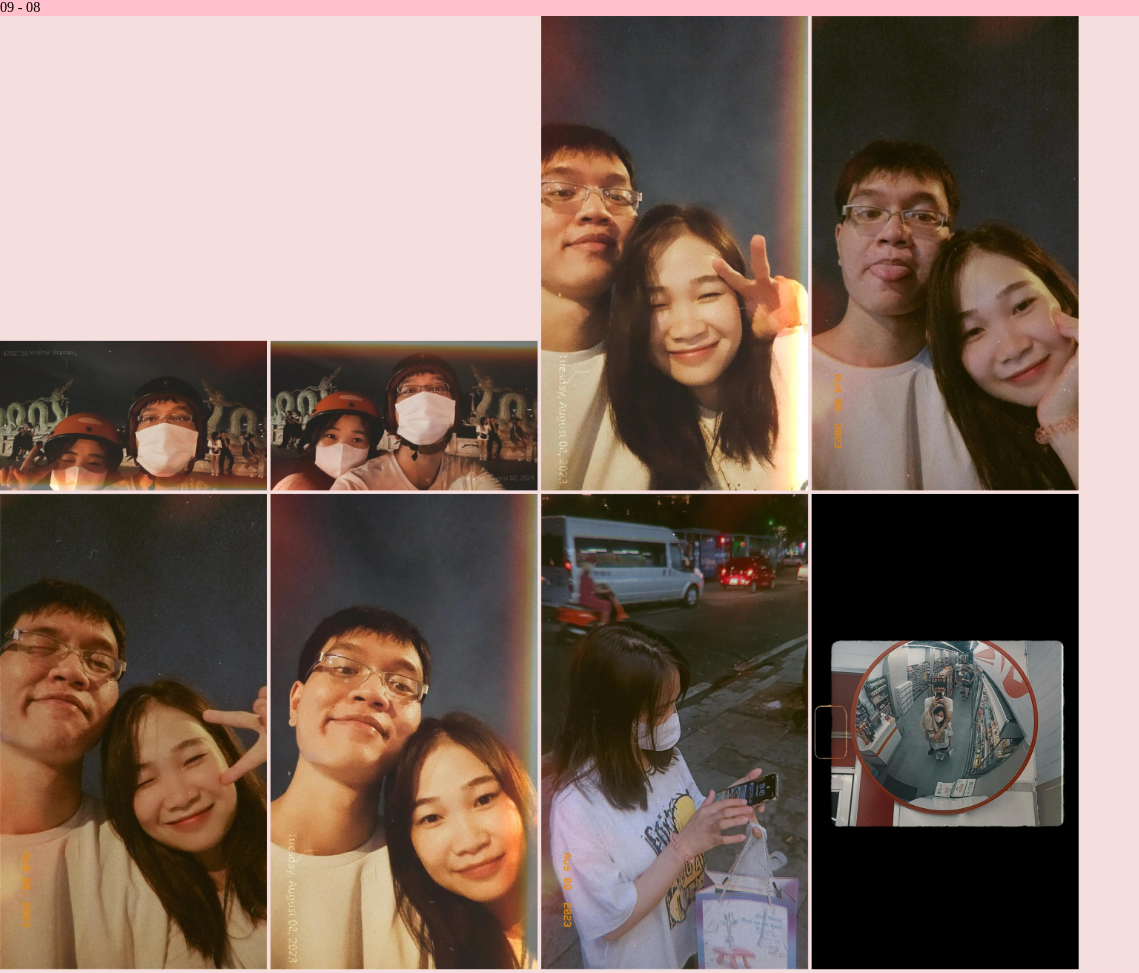
Repository: Hanhanh06/0907
Page: code/0908.html
An editor plug-in stored every save of this project. The page is shown before and after a run of saves, followed by the edit.
The browser window is 1280 px wide. The pictures show the whole page, at 89% of full size.

Above is the page before, as saved 2023-08-11 16:26:46.

### code/0908.html
<!DOCTYPE html>
<html lang="en">
<head>
    <meta charset="UTF-8">
    <meta name="viewport" content="width=device-width, initial-scale=1.0">
    <title>Document</title>
    <style>

    body{

      height: 100%;

   padding: 0;

   margin: 0;


   background: #f5dede;

 }

    </style>
</head>

        <head>

        </head>
        <body>

          <div style="background-color: pink; font-size: ;"> 09 - 08 </div>
       <img src="001.jpg" alt="Hình ảnh không tồn tại" width="300px" >
       <!-- <p style="color: crimson;font-size: 16px;"> đi Hồ Tây nè! </p> -->
       <img src="002.jpg" alt="Hình ảnh không tồn tại" width="300px">
       <!-- <p style="color: crimson;font-size: 16px;"> đi Hồ Tây nè!</p> -->
       <img src="003.jpg" alt="Hình ảnh không tồn tại" width="300px">
       <!-- <p style="color: crimson;font-size: 16px;">  đi Hồ Tây nè!</p> -->
       <img src="004.jpg" alt="Hình ảnh không tồn tại" width="300px">
       <!-- <p style="color: crimson;font-size: 16px;">  đi Hồ Tây nè! </p> -->
       <img src="005.jpg" alt="Hình ảnh không tồn tại" width="300px">
       <!-- <p style="color: crimson;font-size: 16px;">  đi Hồ Tây nè! </p> -->
       <img src="006.jpg" alt="Hình ảnh không tồn tại" width="300px" >
       <!-- <p style="color: crimson;font-size: 16px;">  đi Hồ Tây nè!</p> -->
       <img src="007.jpg" alt="Hình ảnh không tồn tại" width="300px">
       <!-- <p style="color: crimson;font-size: 16px;">  đi Hồ Tây nè!</p> -->
       <img src="008.jpg" alt="Hình ảnh không tồn tại" width="300px">
       <!-- <p style="color: crimson;font-size: 16px;">  đi Hồ Tây nè!</p> -->


</body>
</html>

After the next 2 saves:
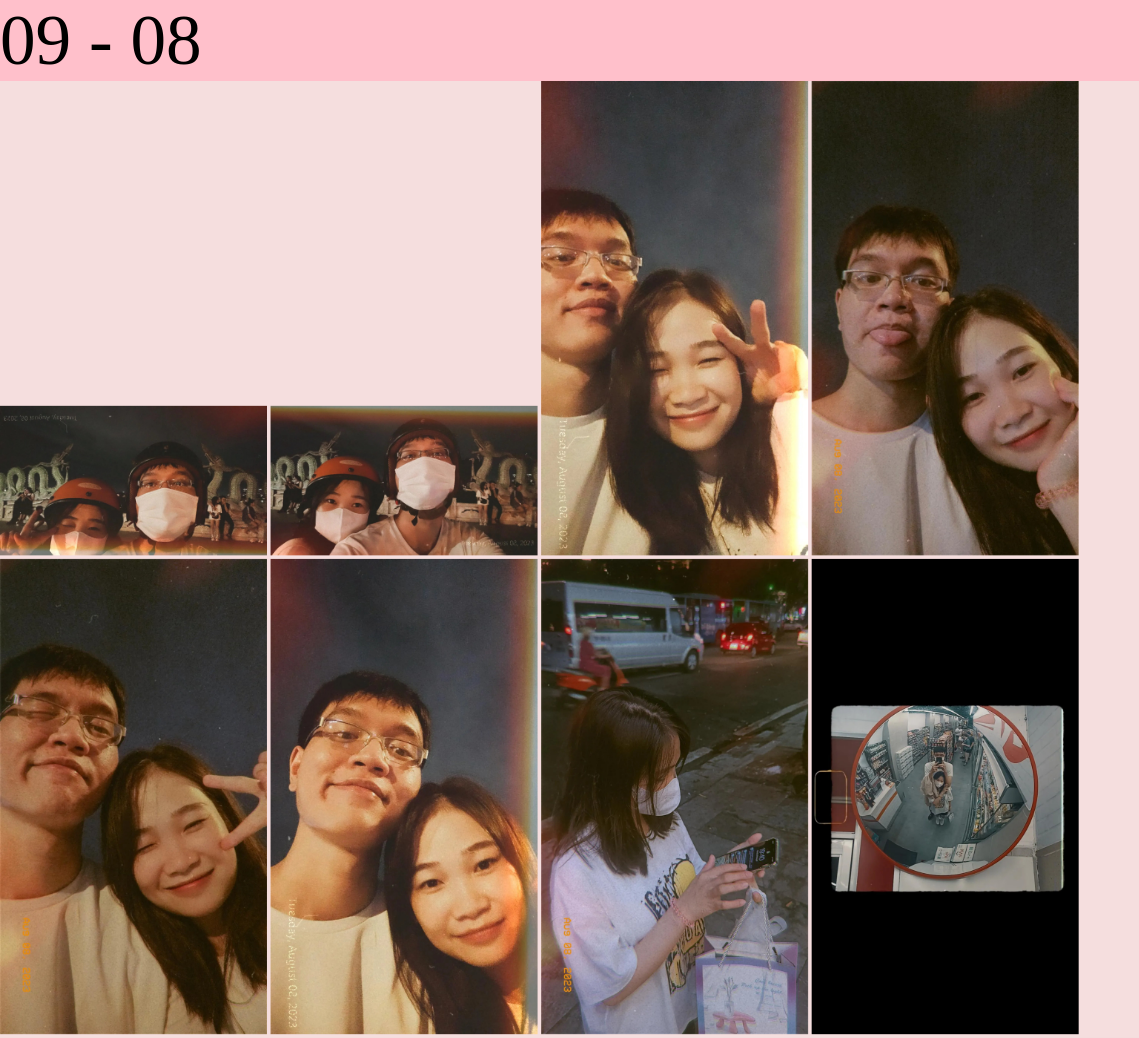
The 2 saves are shown as one change because they came seconds apart.
The last was saved 7 s later.
--- a/code/0908.html
+++ b/code/0908.html
@@ -27,7 +27,7 @@
         </head>
         <body>
 
-          <div style="background-color: pink; font-size: ;"> 09 - 08 </div>
+          <div style="background-color: pink; font-size: 80px; "> 09 - 08 </div>
        <img src="001.jpg" alt="Hình ảnh không tồn tại" width="300px" >
        <!-- <p style="color: crimson;font-size: 16px;"> đi Hồ Tây nè! </p> -->
        <img src="002.jpg" alt="Hình ảnh không tồn tại" width="300px">
